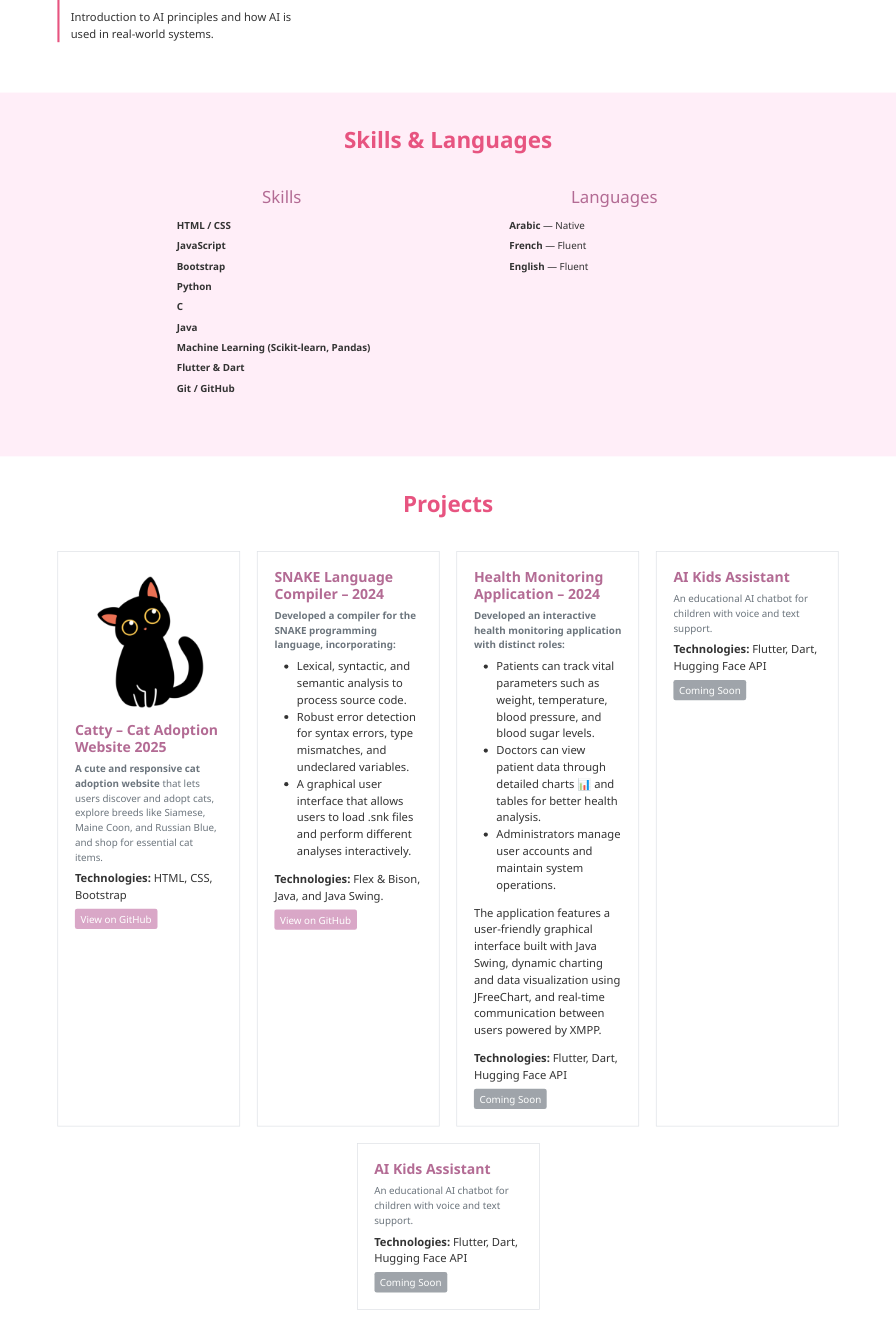
Repository: rihebtlh/portfolio
Page: new.html
An editor plug-in stored every save of this project. The page is shown before and after the next save, followed by the edit.
The browser window is 1280 px wide. The pictures show the part of the page from y = 1985 to 3905 px (the page is 3905 px tall), at 70% of full size.

Above is the page before, as saved 2025-07-02 16:20:10.

After the next save:
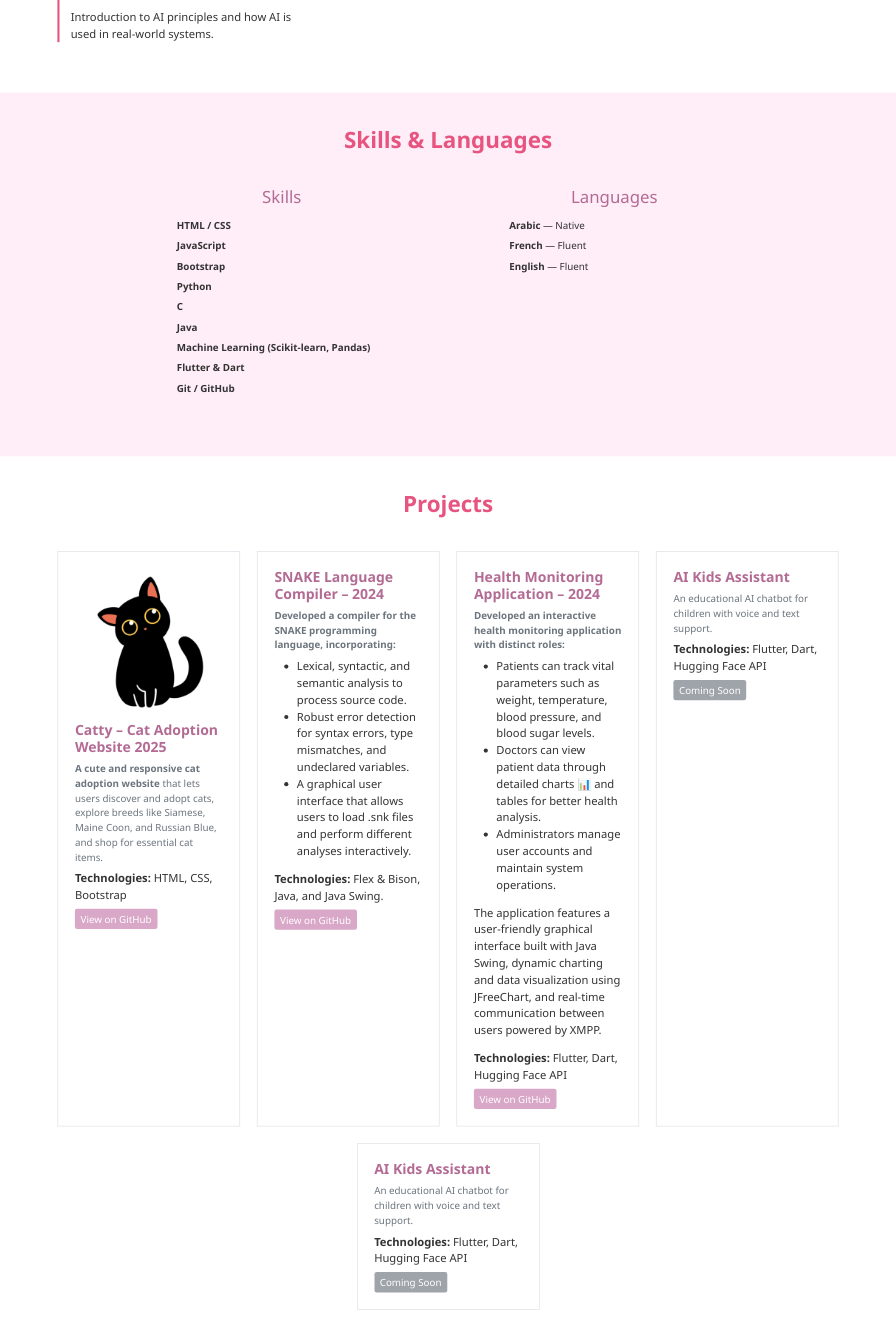
Saved 40 s later.
--- a/new.html
+++ b/new.html
@@ -307,7 +307,7 @@
                   and real-time communication between users powered by XMPP.
                 </p></p>
               <p class="mb-2"><strong>Technologies:</strong> Flutter, Dart, Hugging Face API</p>
-              <a href="#" target="_blank" class="btn btn-sm btn-secondary disabled">Coming Soon</a>
+              <a href="https://github.com/rihebtlh/Compilation" target="_blank" class="btn btn-sm btn-secondary">View on GitHub</a>
             </div>
           </div>
           <!-- Project 4 -->
